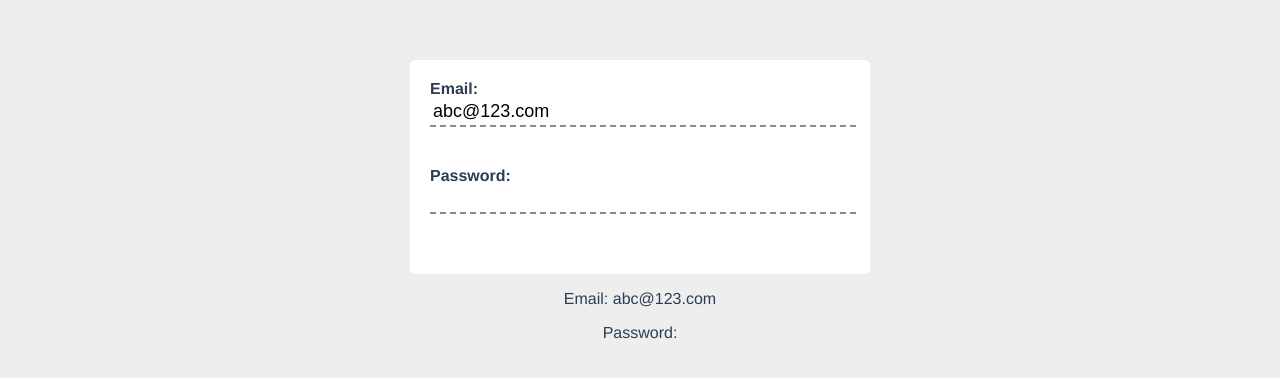
Repository: technogize/vue-forms
Page: /
The author's editor kept a copy of each file at every save. The page is drawn from the files as they stood at one save, then again after the next save.
The browser window is 1280 px wide. The pictures show the whole page.
The project was rebuilt for these pictures with package versions that can differ from the ones it lists, and the page was loaded fresh each time.

Above is the page before, as saved 2021-02-26 14:21:00.

### src/App.vue
<template>
  <SignupForm />
</template>

<script>
import SignupForm from './components/SignupForm';

export default {
  name: 'App',
  components: {
    SignupForm
  }
}
</script>

<style>
#app {
  font-family: Avenir, Helvetica, Arial, sans-serif;
  -webkit-font-smoothing: antialiased;
  -moz-osx-font-smoothing: grayscale;
  text-align: center;
  color: #2c3e50;
  margin-top: 60px;
}

body {
  margin: 0;
  background: #eee;
}
</style>

### src/components/SignupForm.vue
<template>
  <form>
    <!-- v-model syncs the data in the input with the data properties -->
    <div class="field">
      <label>Email: </label>
      <input type="email" required v-model="email" />
    </div>
    <div class="field">
      <label>Password: </label>
      <input type="password" required v-model="password" />
    </div>
  </form>

  <p>Email: {{email}}</p>
  <p>Password: {{password}}</p>
</template>

<script>
export default {
  data() {
    return {
      email: 'abc@123.com',
      password: ''
    }
  }
}
</script>

<style scoped>
  form {
    max-width: 420px;
    border-radius: 5px;
    background: white;
    padding: 20px;
    margin: 0 auto;
  }

  label {
    font-weight: 700;
    display: block;
    text-align: left;
  }

  input {
    display: block;
    width: 100%;
    font-size: 18px;
    padding: 3px;
    border: none;
    border-bottom: 2px dashed rgb(139, 139, 139);
  }

  input:focus {
    outline: none;
    border-bottom: 2px solid rgb(139, 139, 139);
  }

  .field {
    margin-bottom: 40px;
  }
</style>

Loaded but not shown: public/index.html (common file); src/main.js (common file)

After the next save:
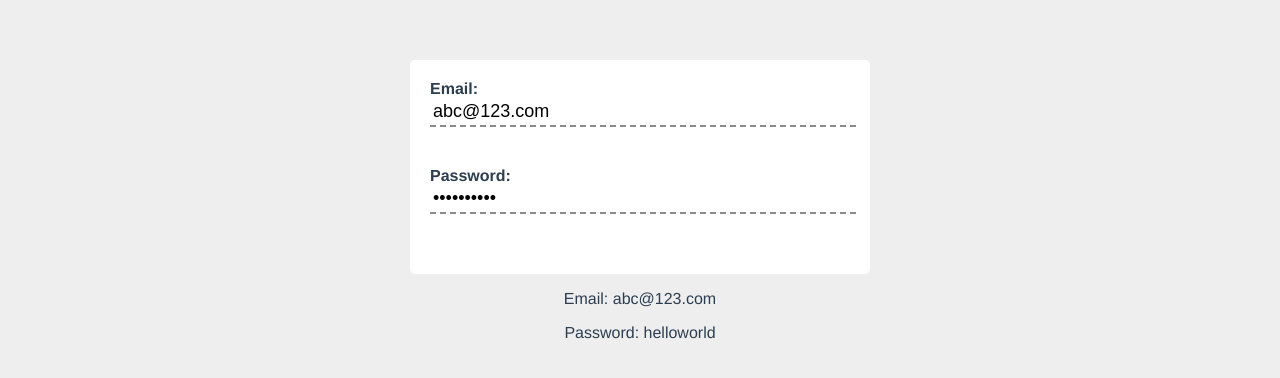
Saved 10 s later.
--- a/src/components/SignupForm.vue
+++ b/src/components/SignupForm.vue
@@ -20,7 +20,7 @@ export default {
   data() {
     return {
       email: 'abc@123.com',
-      password: ''
+      password: 'helloworld'
     }
   }
 }
